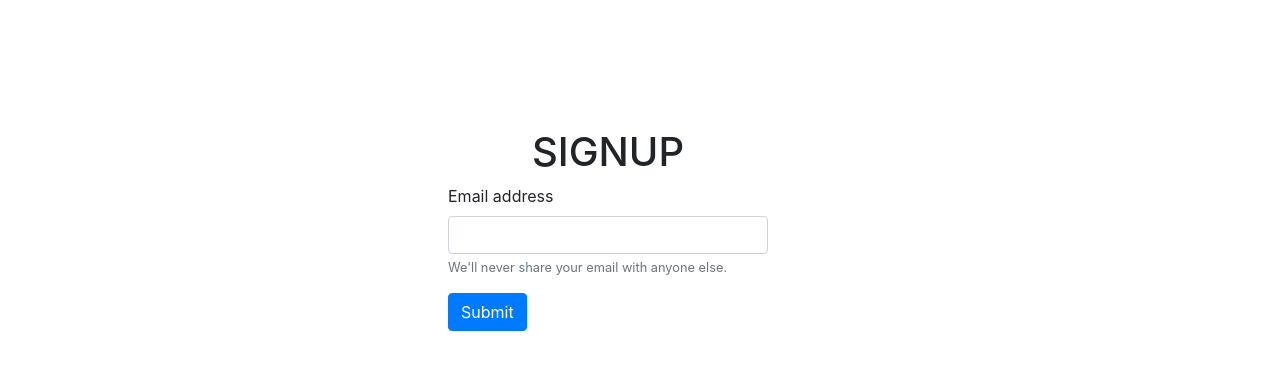
Repository: DhananjayaLakshan/PHP_CRUD_OOP1
Page: http://localhost/signup.php
These files come from the project's save history. The page is drawn as it stood at one moment and after the next save; the edit follows.
The browser window is 1280 px wide. The pictures show the whole page.
The page is run by PHP 8.4 with error messages shown; the project is at /var/www/html/.

Above is the page before, as saved 2023-11-30 12:11:45.

### signup.php
<!DOCTYPE html>
<html lang="en">

<head>
    <meta charset="UTF-8">
    <meta name="viewport" content="width=device-width, initial-scale=1.0">
    <title>SIGNUP</title>

    <link rel="stylesheet" href="https://cdn.jsdelivr.net/npm/bootstrap@4.5.3/dist/css/bootstrap.min.css" integrity="sha384-TX8t27EcRE3e/ihU7zmQxVncDAy5uIKz4rEkgIXeMed4M0jlfIDPvg6uqKI2xXr2" crossorigin="anonymous">
    <link rel="stylesheet" href="style.css">
    <script src="script.js"></script>
</head>

<body>



    <form action="" method="post" style="width: 25%; margin: 10% 35%;">
    <h1 style="text-align: center; font-weight: 500;">SIGNUP</h1>
        <div class="form-group">
            <label for="exampleInputEmail1">Email address</label>
            <input type="email" class="form-control" id="exampleInputEmail1" aria-describedby="emailHelp">
            <small id="emailHelp" class="form-text text-muted">We'll never share your email with anyone else.</small>
        </div>

        <button type="submit" class="btn btn-primary">Submit</button>
    </form>









    <script src="https://code.jquery.com/jquery-3.5.1.slim.min.js" integrity="sha384-DfXdz2htPH0lsSSs5nCTpuj/zy4C+OGpamoFVy38MVBnE+IbbVYUew+OrCXaRkfj" crossorigin="anonymous"></script>
    <script src="https://cdn.jsdelivr.net/npm/bootstrap@4.5.3/dist/js/bootstrap.bundle.min.js" integrity="sha384-ho+j7jyWK8fNQe+A12Hb8AhRq26LrZ/JpcUGGOn+Y7RsweNrtN/tE3MoK7ZeZDyx" crossorigin="anonymous"></script>
</body>

</html>

### style.css
.addButton {
    padding: 5px 25px;
    margin: 10px;

}

.table{
    margin: 10px !important;
    width: 85%;

}

Loaded but not shown: script.js (no stored copy; drawn as an empty file)

After the next save:
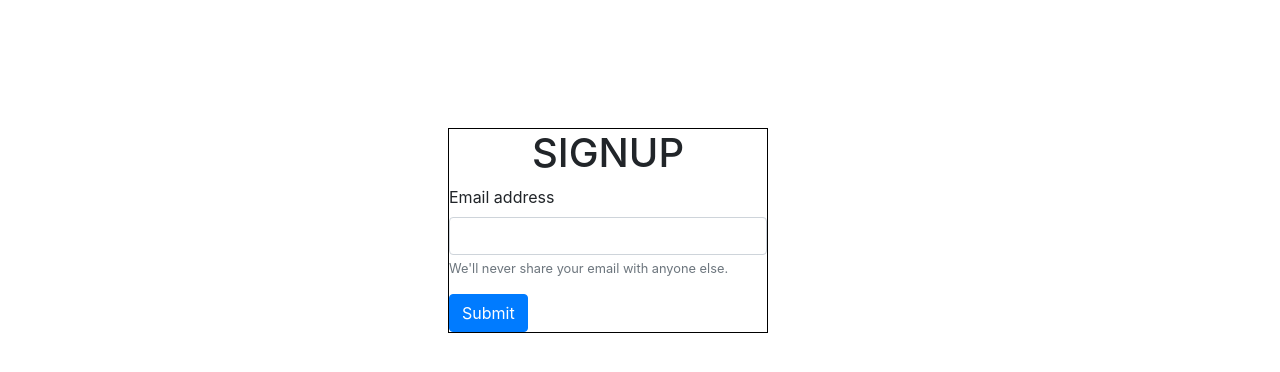
Saved 27 s later.
--- a/signup.php
+++ b/signup.php
@@ -15,7 +15,7 @@
 
 
 
-    <form action="" method="post" style="width: 25%; margin: 10% 35%;">
+    <form action="" method="post" style="width: 25%; margin: 10% 35%; border: 1px solid black;">
     <h1 style="text-align: center; font-weight: 500;">SIGNUP</h1>
         <div class="form-group">
             <label for="exampleInputEmail1">Email address</label>
